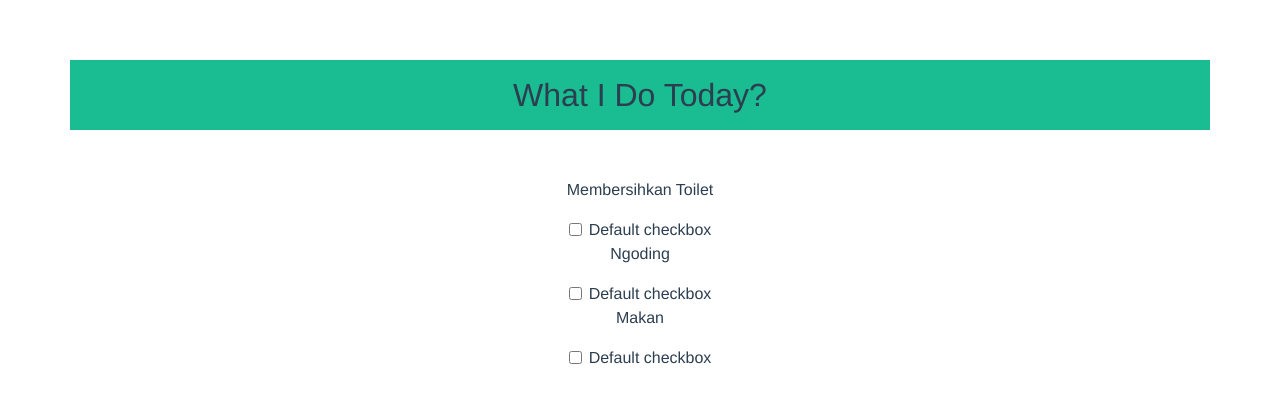
Repository: AdiPrimanto/praxis-academy
Page: / (app in novice/03-05/todolist/)
An editor plug-in stored every save of this project. The page is shown before and after the next save, followed by the edit.
The browser window is 1280 px wide. The pictures show the whole page.
The project was rebuilt for these pictures with package versions that can differ from the ones it lists, and the page was loaded fresh each time.

Above is the page before, as saved 2019-11-29 14:40:25.

### novice/03-05/todolist/src/App.vue
<template>
  <div id="app">
    <div class="container">
      <div class="row header mb-5 p-3">
        <div class="col-12">
          <h2>What I Do Today? </h2>
        </div>
      </div>
      <div class="row content">
        <div class="col-12">
          <div class="pekerjaan-rumah">
            <div v-for="tugasSaya in tugas" v-bind:key="tugasSaya.id" class="tugas">
              <p>{{tugasSaya.nama}}</p>
              <div class="form-check">
                <input class="form-check-input" type="checkbox" value="" id="defaultCheck1">
                <label class="form-check-label" for="defaultCheck1">
                  Default checkbox
                </label>
              </div>
            </div>
          </div>
        </div>
      </div>
    </div>


  </div>
</template>

<script>
  import 'bootstrap/dist/css/bootstrap.css'

  export default {
    name: 'app',
    //membuat data json
    //v-for dilakukan jk memiliki array di dalam data:
    data: function () {
      return {
        tugas: [{
            id: 1,
            nama: 'Membersihkan Toilet',
            isDone: false
          },
          {
            id: 2,
            nama: 'Ngoding',
            isDone: false
          },
          {
            id: 3,
            nama: 'Makan',
            isDone: false
          }
        ]
      };
    },
    components: {

    }
  }
</script>

<style>
  #app {
    font-family: 'Avenir', Helvetica, Arial, sans-serif;
    -webkit-font-smoothing: antialiased;
    -moz-osx-font-smoothing: grayscale;
    text-align: center;
    color: #2c3e50;
    margin-top: 60px;
  }

  .header {
    background: #1abc91;
  }

  .header h2 {
    margin: 0;
  }
</style>

Loaded but not shown: novice/03-05/todolist/public/index.html (common file); novice/03-05/todolist/src/main.js (common file)

After the next save:
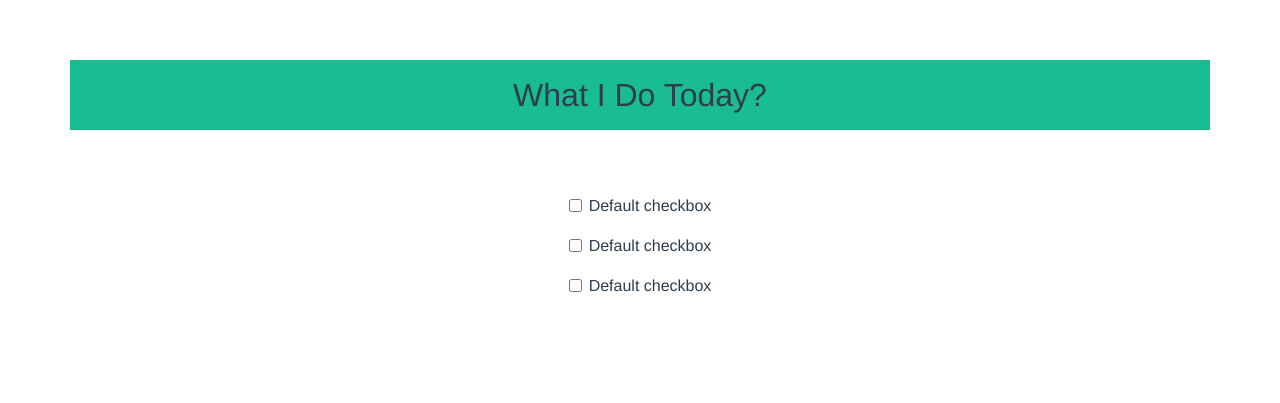
Saved 34 s later.
--- a/novice/03-05/todolist/src/App.vue
+++ b/novice/03-05/todolist/src/App.vue
@@ -10,7 +10,7 @@
         <div class="col-12">
           <div class="pekerjaan-rumah">
             <div v-for="tugasSaya in tugas" v-bind:key="tugasSaya.id" class="tugas">
-              <p>{{tugasSaya.nama}}</p>
+              <p></p>
               <div class="form-check">
                 <input class="form-check-input" type="checkbox" value="" id="defaultCheck1">
                 <label class="form-check-label" for="defaultCheck1">
